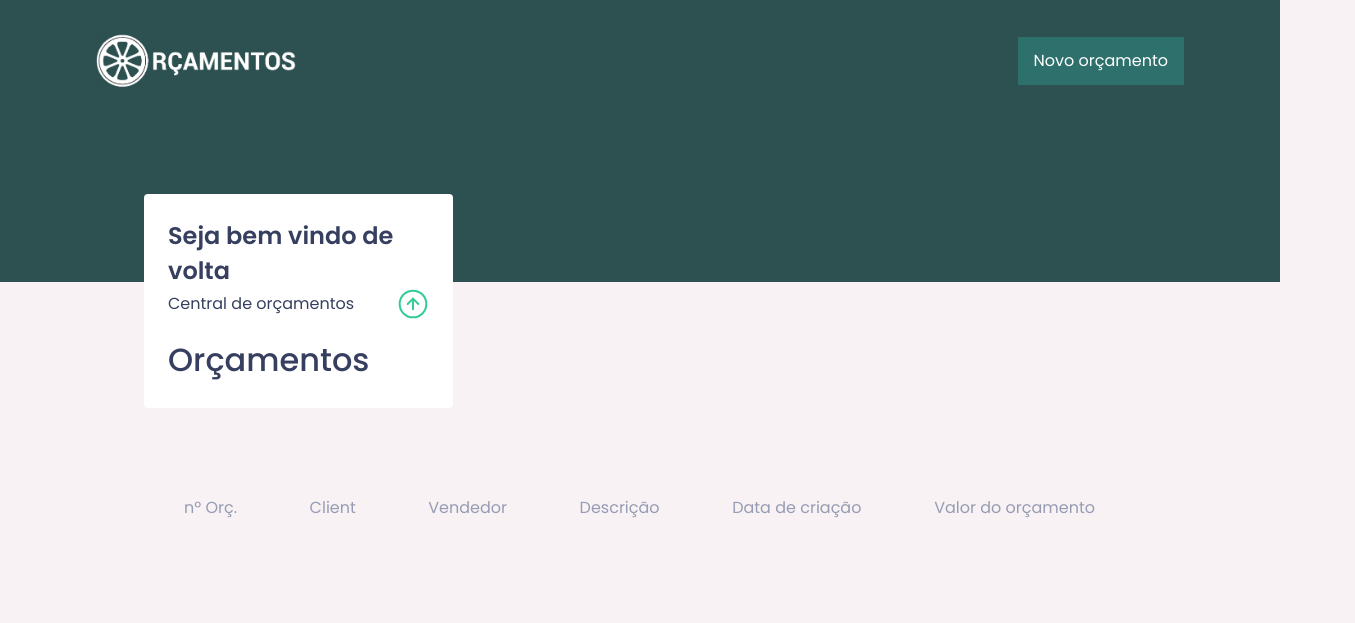
Repository: soualexandre/frentend-botOrcamentos
Page: /
An editor plug-in stored every save of this project. The page is shown before and after the next save, followed by the edit.
The browser window is 1280 px wide. The page is 1280 px wide, then 1355 px, then 1280 px, so the pictures cover 1355 px, including what lies to the right of the window. The pictures show the whole page.
The page's requests for data from a server got no answer. The project was rebuilt for these pictures with package versions that can differ from the ones it lists, and the page was loaded fresh each time. No one was signed in, and anything a server would have sent is missing.

Above is the page before, as saved 2021-07-20 17:44:51.

### public/index.html
<!DOCTYPE html>
<html lang="en">
  <head>
    <link rel="preconnect" href="https://fonts.googleapis.com">
    <link rel="preconnect" href="https://fonts.gstatic.com" crossorigin>
    <meta charset="utf-8" />
    <meta name="viewport" content="width=device-width, initial-scale=1" />
    <link href="https://fonts.googleapis.com/css2?family=Poppins:wght@400;500;600&display=swap" rel="stylesheet">
    <link rel="stylesheet" href="favicon.png" type="image/png">
    <title>DtMoney</title>
  </head>
  <body>
    <noscript>You need to enable JavaScript to run this app.</noscript>
    <div id="root"></div>
  </body>
</html>

### src/App.tsx
import { Dashboard } from './components/Dashboard';
import { Header } from './components/Header';
import { GlobalStyle } from './styles/global';
import { ToastContainer } from 'react-toastify';
import 'react-toastify/dist/ReactToastify.css';
import Modal from 'react-modal'
import { useState } from 'react';
import {NewTransactionModal} from './components/NewTransactionModal'
import { TransacticionsProvider } from './hooks/useTransactions';
Modal.setAppElement('#root');

export function App() {

  const [isNewTransactionModalOpen, setIsNewTransactionModalOpen] = useState(false);

  function hadleOpenNewTransactionModal() {
    setIsNewTransactionModalOpen(true)
  }
  function hadleCloseNewTransactionModal() {
    setIsNewTransactionModalOpen(false)
  }

  return (
    <TransacticionsProvider>
      <ToastContainer />
      <Header onOpenNewTransactionModal={hadleOpenNewTransactionModal}/>
      <Dashboard />
      <NewTransactionModal
      isOpen={isNewTransactionModalOpen}
      onRequestClose={hadleCloseNewTransactionModal}/>
      <GlobalStyle />
    </TransacticionsProvider>
  );
}

### src/components/Dashboard/index.tsx
import { Sumary } from "../Sumary";
import { TransactionsTable } from "../transactionsTable";
import { Container } from "./styles";


export function Dashboard(){
    return(
       <Container>
          <Sumary/>
          <TransactionsTable />
       </Container>
    );
}

### src/components/Header/index.tsx
import LogoImg from '../../assets/logo.png'
import { Container, Content } from './styles'

interface HeaderProps{
    onOpenNewTransactionModal: () => void;
}


export function Header({onOpenNewTransactionModal} :HeaderProps ) {
    return (
        <Container>
            <Content>
                <img src={LogoImg} alt="dtMoney" />
                <button type="button" onClick={onOpenNewTransactionModal}>
                    Novo orçamento
                </button>
            </Content>
        </Container>
    );
}

### src/styles/global.ts
import { createGlobalStyle } from 'styled-components'


export const GlobalStyle = createGlobalStyle`

    :root{
        --background: #f8f2f5;

        --red: #e52e40;
        --blue: #2D5051;
        --green: #33cc95;
        --blue-light:#2E706C;

        --text-title: #363f5f;
        --text-body: #969cb3;

        --shape: #ffffff;

    }

    *{
        margin: 0;
        padding: 0;
        box-sizing: border-box;
    }
    html{
        @media (max-width: 1080px){
            font-size: 93.5%;
        }

    }

    body{
        background: var(--background);
        -webkit-font-smoothing: antialiased;
    }

    body, input, textarea, button{
        font-family: 'Poppins', sans-serif;
        font-weight: 400;
    }

    h1, h2, h3, h4, h5, h6, strong{
        font-weight: 600;
    }

    button{
        cursor: pointer;
    }
    [disable]{
        opacity: 0.6;
        cursor: not-allowed;
    }



    .react-modal-overlay{
        background: rgba(0, 0, 0, 0.3);
        position: fixed;
        top: 0;
        bottom: 0;
        right: 0;
        left: 0;

        display: flex;
        justify-content: center;
        align-items: center;
    }
    .react-modal-content{
        width: 100%;
        max-width: 576px;
        background: var(--background);
        padding: 3rem;
        position: relative;
        border-radius: 0.25rem;
    }
    .react-modal-close{
        position: absolute;
        right: 1.5rem;
        top: 1.5rem;
        border: 0;
        background: transparent;
        transition: filter 0.2s;
        &:hover{
            filter: brightness(0.8);
        }
    }


`;

### src/components/NewTransactionModal/index.tsx
import Modal from 'react-modal'
import { FormEvent, useState } from 'react'
import { Container, TransactionsTypeContainer, RadioBox } from './styles'
import closeImg from '../../assets/close.svg'
import { useTransactions } from '../../hooks/useTransactions';

interface NewTransactionModalProps {
    isOpen: boolean;
    onRequestClose: () => void;
}



export function NewTransactionModal({ isOpen, onRequestClose }: NewTransactionModalProps) {
    const {createTransaction} = useTransactions();

    const [client, setClient] = useState('');
    const [seller, setSeller] = useState('');
    const [description, setDescription] = useState('');
    const [budget_amount, setValueBudget] = useState(0);

     async function handleCreateNewTransaction(event: FormEvent) {
        event.preventDefault();
        await createTransaction({
          client,
          seller,
          description,
          budget_amount,
      })
      setClient('');
      setSeller('');
      setDescription('');
      setValueBudget(0);
      onRequestClose();
    }
    return (
        <Modal
            isOpen={isOpen}
            onRequestClose={onRequestClose}
            overlayClassName="react-modal-overlay"
            className="react-modal-content"
        >
            <button
                type="button"
                onClick={onRequestClose}
                className="react-modal-close">
                <img src={closeImg} alt="fechar modal" />
            </button>

            <Container >
                <h2>Criar orçamento</h2>
                <input
                    placeholder="Cliente"
                    onChange={ (e) => setClient(e.target.value)}
                />

                <input
                    type="text"
                    placeholder="Vendedor"
                    onChange={ (e) => setSeller(e.target.value)}
                />
                <input
                    type="number"
                    placeholder="Valor da orçamento"
                    onChange={ (e) => setValueBudget(Number(e.target.value))}

                />
                <textarea
                placeholder="Descrição do orçamento"
                onChange={ (e) => setDescription(e.target.value)}
                />


                <button type="submit" onClick={handleCreateNewTransaction} >
                    Cadastrar
                </button>


            </Container>

        </Modal>
    );
}

### src/hooks/useTransactions.tsx
import {createContext, useEffect, useState, ReactNode, useContext} from 'react';
import { api } from "../services/api";
import { toast } from 'react-toastify';


interface Transaction {
    id: number;
    client: string;
    seller: string;
    description: string;
    created_at: string;
    budget_amount: number;
}
interface TransactionsContextData{
    transactions: Transaction[];
    createTransaction: (transaction:TransactionInput) => Promise<void>;
    deleteTransaction: (productId: number) => void;
}

type TransactionInput = Omit<Transaction, 'id' | 'created_at'>;

interface TrabsactionsProviderProps{
    children: ReactNode;
}
 const TransactionsContext = createContext<TransactionsContextData>(
    {} as TransactionsContextData
    );


export function TransacticionsProvider({children} : TrabsactionsProviderProps){
    const [transactions, setTransactions] = useState<Transaction[]>([]);


   async function createTransaction(transactionInput: TransactionInput){
      const response = await api.post('/budget/create', {
        ...transactionInput,
    })
    console.log(response.data)
    setTransactions([
        response.data,
        ...transactions
    ])

    }
    async function deleteTransaction(productId: number){
       const response =  await api.delete(`/budget/delete/${productId}`)
        setTransactions(response.data)
        toast.success('Orçamento removido com sucesso');
    }

    useEffect(() => {
        api.get('budget')
            .then(response => setTransactions(response.data))
    },[])

    return (
        <TransactionsContext.Provider value={{transactions, createTransaction, deleteTransaction}}>
            {children}
        </TransactionsContext.Provider>
    );
}

export function useTransactions(){
    const context = useContext(TransactionsContext);
    return context;
}

### src/components/Sumary/index.tsx
import { Container } from './styles'
import iconImg from '../../assets/income.svg'

export function Sumary() {


    return (
        <Container>
            <div>
                    <h2>
                        Seja bem vindo de volta
                    </h2>
                <header>
                    <p>Central de orçamentos</p>
                    <img src={iconImg} alt=" icon" />
                </header>
                <strong>
                    Orçamentos
                </strong>
            </div>
        </Container >
    );
}

### src/components/transactionsTable/index.tsx
import { useTransactions } from "../../hooks/useTransactions";
import { Container } from './styles'
import DeleteImg from '../../assets/delete.svg'
import viewImg from '../../assets/view.svg'
import EditImg from '../../assets/edit.svg'

export function TransactionsTable() {
    const { transactions, deleteTransaction } = useTransactions();

    async function handleCreateNewTransaction(id: number) {
        deleteTransaction(id);
    }


    return (
        <Container>
            <table>
                <thead>
                    <tr>
                        <th>nº Orç.</th>
                        <th>Client</th>
                        <th>Vendedor</th>
                        <th>Descrição</th>
                        <th>Data de criação</th>
                        <th>Valor do orçamento</th>
                    </tr>
                </thead>
                <tbody>
                    {transactions.map(transaction => (
                        <tr key={transaction.id}>
                            <td>{transaction.id}</td>
                            <td>{transaction.client}</td>
                            <td>
                                {transaction.seller}
                            </td>
                            <td >{transaction.description}</td>
                            <td>{
                                new Intl.DateTimeFormat('pt-BR').format(
                                    new Date(transaction.created_at)
                                )}
                            </td>
                            <td>
                                {new Intl.NumberFormat('pt-BR', {
                                    style: 'currency',
                                    currency: 'BRL',
                                }).format(transaction.budget_amount)}
                            </td>
                            <td>

                                <div className="optionsIncons">
                                    <img src={viewImg} alt="Deletar orçamento" onClick={() => handleCreateNewTransaction(transaction.id)}></img>
                                    <img src={EditImg} alt="Deletar orçamento" onClick={() => handleCreateNewTransaction(transaction.id)}></img>
                                    <img src={DeleteImg} alt="Deletar orçamento" onClick={() => handleCreateNewTransaction(transaction.id)}></img>
                                </div>
                            </td>
                        </tr>
                    ))}
                </tbody>
            </table>
        </Container>
    );
}

### src/components/Dashboard/styles.ts
import styled from 'styled-components'

export const Container = styled.header`
    max-width: 80%;
    margin:0 auto;
    padding: 4.5rem 1rem;
`;

### src/components/Header/styles.ts
import styled from 'styled-components'

export const Container = styled.header`
    background: var(--blue);

`;
export const Content = styled.header`
    background: var(--blue);
    max-width: 1120px;
    margin: 0 auto;
    padding: 2rem 1rem 12rem;

    display: flex;
    align-items: center;
    justify-content: space-between;
    button{
        font-size: 1rem;
        color: #fff;
        background: var(--blue-light);
        border: 0;
        padding:0.2rem;
        padding-left: 1rem;
        padding-right: 1rem;
        height: 3rem;

        transition: filter 0.2s;
        &:hover{
            filter: brightness(0.9);
        }

    }
    img{
        width: 200px;
    }
`;

### src/components/NewTransactionModal/styles.ts
import styled from 'styled-components'
import { darken, transparentize } from 'polished';

export const Container = styled.form`
        h2{
            color: var(--text-title);
            font-size: 1.5rem;
            margin-bottom: 2rem;
        }

        input{
            width: 100%;
            padding: 0 1.5rem;
            height: 4rem;
            border-radius: 0.25rem;
            border: 1px solid #d7d7d7;
            background: #e7e9ee;
            font-weight: 400;
            font-size: 1rem;

            &::placeholder{
                color: vat(--text-body);

            }
            & + input {
                margin-top: 1rem;
            }
        }
        textarea{
            width: 100%;
            padding: 1rem 1.5rem;
            height: 8rem;
            border-radius: 0.25rem;
            border: 1px solid #d7d7d7;
            background: #e7e9ee;
            font-weight: 400;
            font-size: 1rem;
            margin-top: 1rem;
        }
        button[type="submit"]{
            width: 100%;
            padding: 0 1.3rem;
            height: 4rem;
            background: var(--green);
            color: #fff;
            border-radius: 0.25rem;
            border: 0;
            font-size: 1rem;
            margin-top: 1.5rem;
            font-weight: 600;
            transition: filter 0.2s;
            &:hover{
                filter: brightness(0.9)
            }
        }


`;

export const TransactionsTypeContainer = styled.div`

        margin: 1rem 0;
        display: grid;
        grid-template-columns: 1fr 1fr;
        gap: 0.5rem;


`;

interface RadioBoxProps{
    isActive: boolean;
    activeColor: 'green' | 'red';
}
const colors ={
    green: '#33cc95',
    red: '#e52e40',
}

export const RadioBox = styled.button<RadioBoxProps>`
    height: 4rem;
            border: 1px solid #d2d2d2;
            border-radius: 0.25rem;

            background: ${(props) => props.isActive
            ? transparentize(0.9, colors[props.activeColor])
            : 'transparent'
            };


            display: flex;
            align-items: center;
            justify-content:center;
            transition: border-color 0.2s;

            &:hover{
                border-color: ${darken(0.2, '#000')};
            }

            img{
                height: 20px;
                width: 20px;
            }
            span{
                display: inline-block;
                margin: 1rem;
                font-size: 1rem;
                color: var(--text-title);
            }
`;

### src/services/api.ts
import axios from 'axios';

export const api = axios.create({
    baseURL: 'http://localhost:8000/api',
})

### src/components/Sumary/styles.ts
import styled from 'styled-components'


export const Container = styled.div`
    display: grid;
    grid-template-columns: repeat(3,1fr);
    gap: 2rem;
    margin-top: -10rem;

div{
    background: var(--shape);
    padding: 1.5rem;
    border-radius: 0.25rem;
    color: var(--text-title);

    &.highlightBackground{
        background: #33cc95;
        color: #fff;
    }
    header{
        display: flex;
        align-items: center;
        justify-content: space-between;
    }

    strong{
        display: block;
        margin-top: 1rem;
        font-size: 2rem;
        line-height: 3rem;
        font-weight: 500;
    }

}
`;

### src/components/transactionsTable/styles.ts
import styled from "styled-components";

export const Container = styled.div`
  margin-top: 4rem;
  table {
    width: 100%;
    border-spacing: 0.5rem;
    th {
      color: var(--text-body);
      font-weight: 400;
      padding: 1rem 2rem;
      text-align: left;
      line-height: 1.5rem;
    }
    td {
      padding: 1rem 2rem;
      border: 0;
      background: var(--shape);
      color: var(--text-body);
      border-radius: 0.25rem;

      &.first-child {
        color: var(--text-title);
      }

        img {
          width: 1.5rem;
          height: 1.5rem;
      }
    }

  }
 div{
  display: flex;
  justify-content:center;
  align-items: center;
  gap: 1rem;
  }


`;

Loaded but not shown: src/index.tsx (common file)

After the next save:
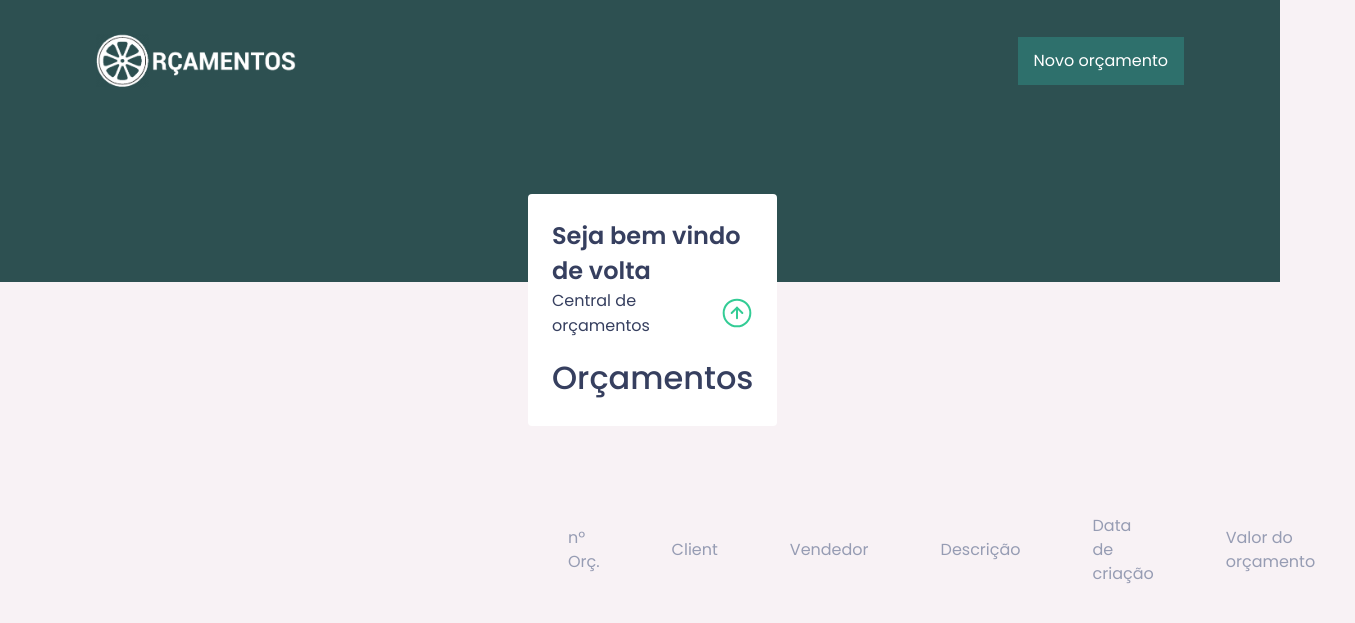
Saved 12 s later.
--- a/src/components/Dashboard/styles.ts
+++ b/src/components/Dashboard/styles.ts
@@ -1,7 +1,7 @@
 import styled from 'styled-components'
 
 export const Container = styled.header`
-    max-width: 80%;
+    max-width: 20%;
     margin:0 auto;
     padding: 4.5rem 1rem;
 `;

After the save that followed:
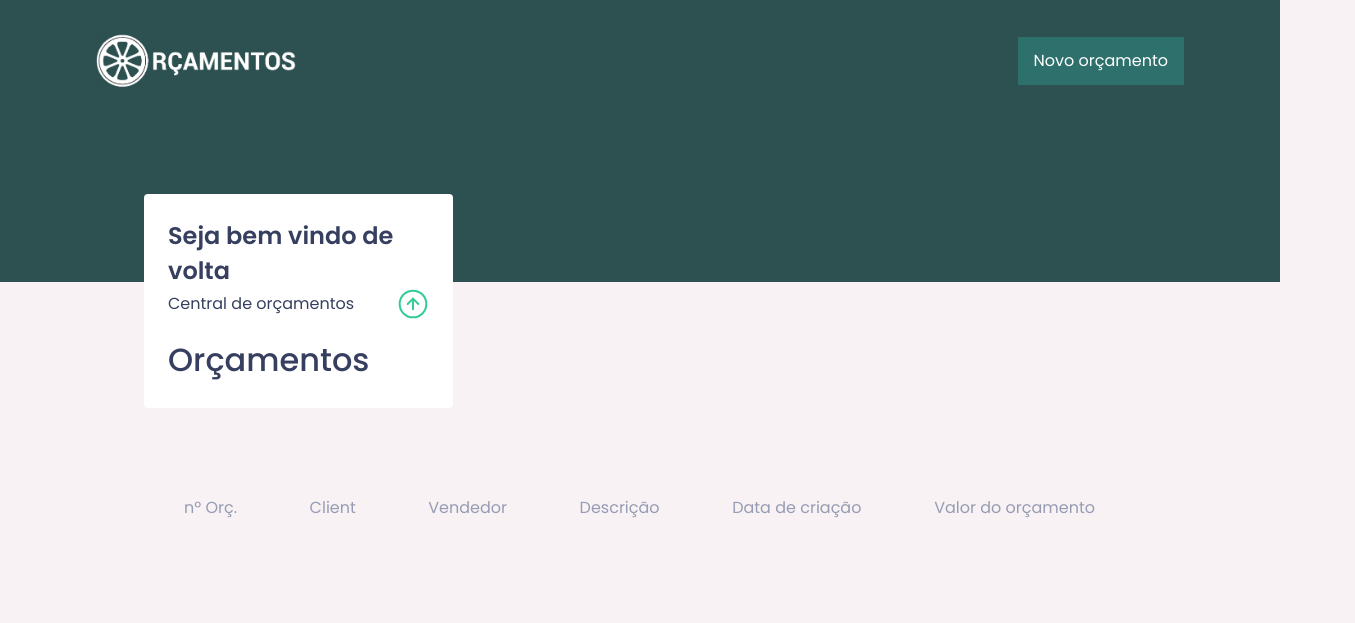
Saved 14 s later.
--- a/src/components/Dashboard/styles.ts
+++ b/src/components/Dashboard/styles.ts
@@ -1,7 +1,7 @@
 import styled from 'styled-components'
 
 export const Container = styled.header`
-    max-width: 20%;
+    max-width: 80%;
     margin:0 auto;
     padding: 4.5rem 1rem;
 `;
